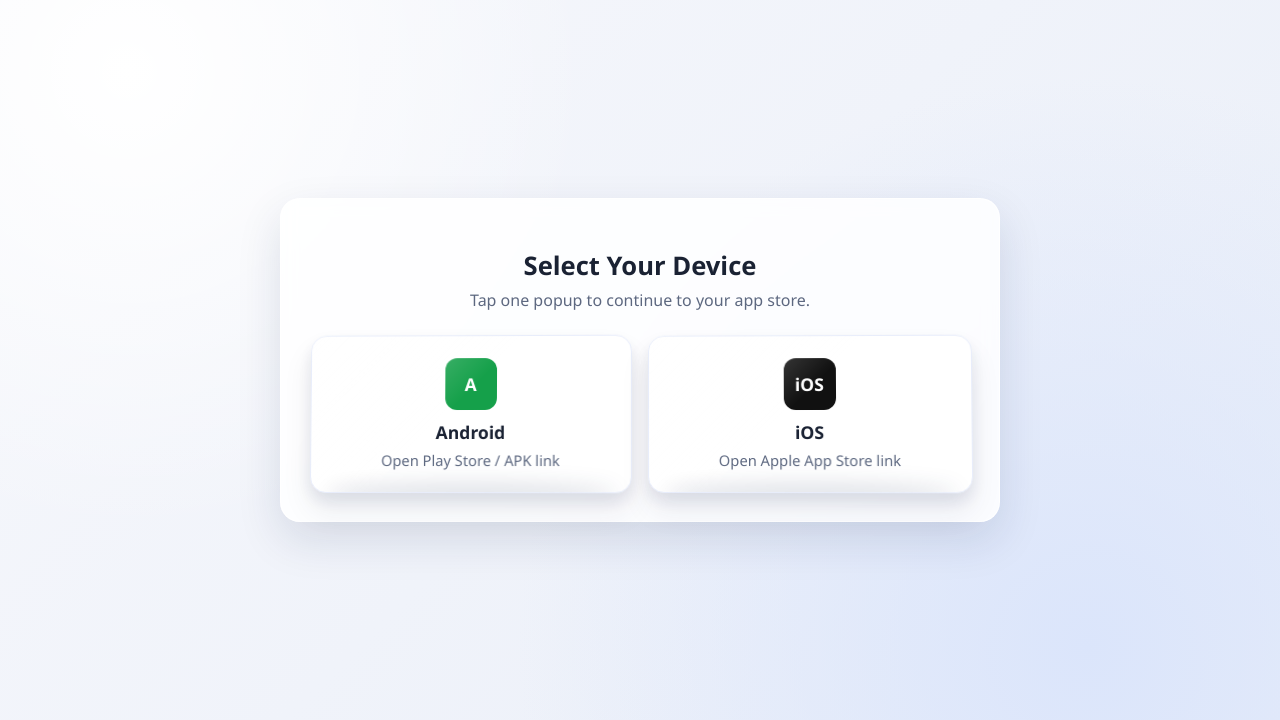
Repository: Niranjanmajgaonkar/redirection
Page: index.html
The author's editor kept a copy of each file at every save. The page is drawn from the files as they stood at one save, then again after the next save.
The browser window is 1280 px wide. The pictures show the whole page.

Above is the page before, as saved 2026-03-03 12:12:10.

### index.html
<!doctype html>
<html lang="en">
  <head>
    <meta charset="UTF-8" />
    <meta name="viewport" content="width=device-width, initial-scale=1.0" />
    <title>Choose Your App Store</title>
    <style>
      :root {
        --bg-1: #f7f8fc;
        --bg-2: #e9eef8;
        --text: #1a2233;
        --muted: #5d6880;
        --android: #15a04a;
        --ios: #111111;
        --card: #ffffff;
      }

      * {
        box-sizing: border-box;
      }

      body {
        margin: 0;
        min-height: 100vh;
        font-family: "Segoe UI", Tahoma, Geneva, Verdana, sans-serif;
        color: var(--text);
        background:
          radial-gradient(circle at 10% 10%, #ffffff 0%, transparent 35%),
          radial-gradient(circle at 85% 90%, #dbe5fb 0%, transparent 45%),
          linear-gradient(135deg, var(--bg-1), var(--bg-2));
      }

      .overlay {
        min-height: 100vh;
        width: 100%;
        display: grid;
        place-items: center;
        padding: 24px;
      }

      .modal {
        width: min(720px, 100%);
        background: rgba(255, 255, 255, 0.85);
        backdrop-filter: blur(8px);
        border: 1px solid rgba(255, 255, 255, 0.9);
        border-radius: 20px;
        padding: 28px;
        box-shadow: 0 18px 45px rgba(19, 36, 73, 0.12);
      }

      .heading {
        text-align: center;
        margin-bottom: 6px;
        font-size: clamp(1.4rem, 2vw, 2rem);
      }

      .subheading {
        text-align: center;
        margin: 0 0 24px;
        color: var(--muted);
      }

      .popup-grid {
        display: grid;
        grid-template-columns: repeat(2, minmax(220px, 1fr));
        gap: 16px;
        perspective: 1200px;
      }

      .popup-card {
        background: var(--card);
        border: 1px solid #e8edfb;
        border-radius: 16px;
        padding: 22px 16px;
        text-align: center;
        cursor: pointer;
        text-decoration: none;
        color: inherit;
        position: relative;
        transform-style: preserve-3d;
        transform: rotateX(2deg) rotateY(-2deg) translateZ(0);
        box-shadow:
          0 8px 16px rgba(19, 36, 73, 0.09),
          0 18px 30px rgba(19, 36, 73, 0.08),
          inset 0 1px 0 rgba(255, 255, 255, 0.7);
        transition: transform 0.28s ease, box-shadow 0.28s ease;
        overflow: hidden;
      }

      .popup-card:hover {
        transform: rotateX(0deg) rotateY(0deg) translateY(-6px) translateZ(22px);
        box-shadow:
          0 16px 26px rgba(19, 36, 73, 0.11),
          0 32px 42px rgba(19, 36, 73, 0.14),
          inset 0 1px 0 rgba(255, 255, 255, 0.8);
      }

      .popup-card::before {
        content: "";
        position: absolute;
        inset: 0;
        background: linear-gradient(
          135deg,
          rgba(255, 255, 255, 0.55) 0%,
          rgba(255, 255, 255, 0) 45%
        );
        pointer-events: none;
      }

      .popup-card::after {
        content: "";
        position: absolute;
        left: 14px;
        right: 14px;
        bottom: -14px;
        height: 24px;
        border-radius: 50%;
        background: rgba(17, 36, 79, 0.12);
        filter: blur(10px);
        transform: translateZ(-30px);
        z-index: -1;
      }

      .icon {
        width: 52px;
        height: 52px;
        border-radius: 12px;
        margin: 0 auto 10px;
        display: grid;
        place-items: center;
        font-weight: 700;
        color: #fff;
        font-size: 1.1rem;
      }

      .android .icon {
        background: var(--android);
      }

      .ios .icon {
        background: var(--ios);
      }

      .title {
        margin: 0 0 6px;
        font-size: 1.1rem;
      }

      .desc {
        margin: 0;
        color: var(--muted);
        font-size: 0.92rem;
      }

      @media (max-width: 640px) {
        .modal {
          padding: 22px 16px;
        }

        .popup-grid {
          grid-template-columns: 1fr;
        }
      }
    </style>
  </head>
  <body>
    <main class="overlay">
      <section class="modal" aria-label="Store selection popup">
        <h1 class="heading">Select Your Device</h1>
        <p class="subheading">Tap one popup to continue to your app store.</p>

        <div class="popup-grid">
          <a
            class="popup-card android"
            href="https://play.google.com/store/apps/details?id=com.swt.passilo"
            target="_blank"
            rel="noopener noreferrer"
            aria-label="Open Android app link"
          >
            <div class="icon">A</div>
            <h2 class="title">Android</h2>
            <p class="desc">Open Play Store / APK link</p>
          </a>

          <a
            class="popup-card ios"
            href="https://apps.apple.com/in/app/passilo/id6759452123"
            target="_blank"
            rel="noopener noreferrer"
            aria-label="Open iOS app link"
          >
            <div class="icon">iOS</div>
            <h2 class="title">iOS</h2>
            <p class="desc">Open Apple App Store link</p>
          </a>
        </div>
      </section>
    </main>
  </body>
</html>

After the next save:
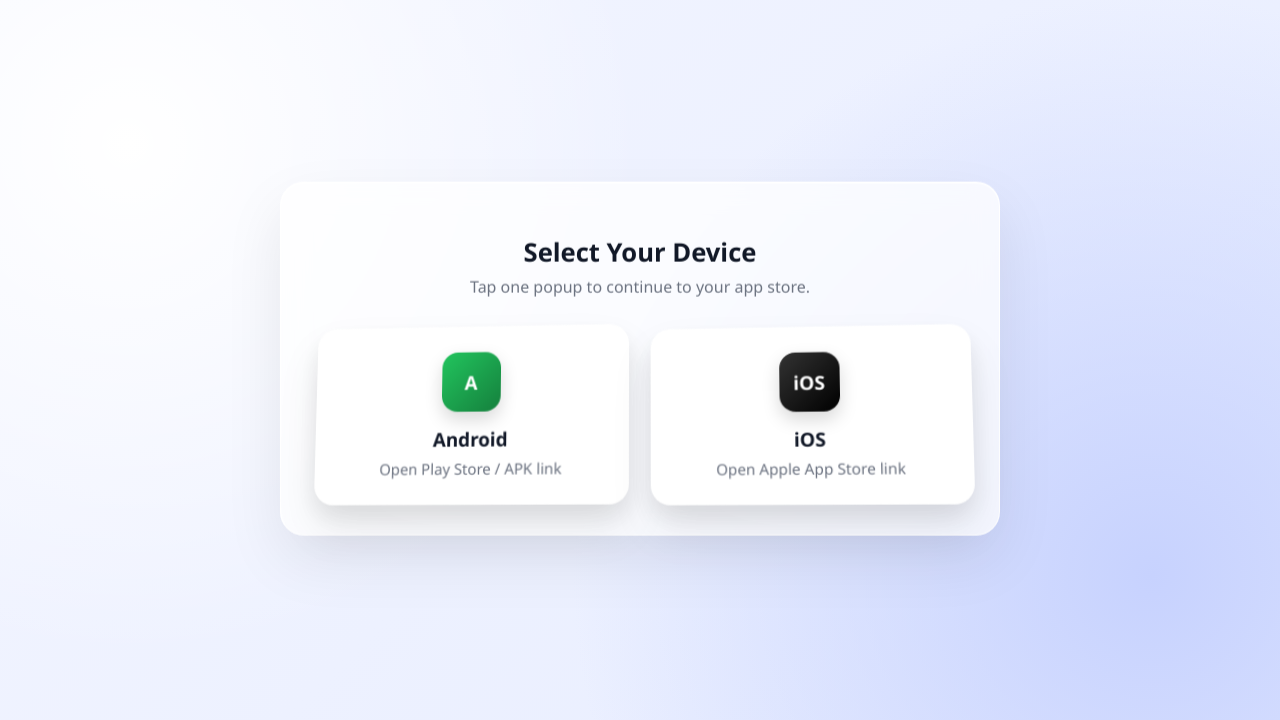
Saved 6 min 22 s later.
--- a/index.html
+++ b/index.html
@@ -4,14 +4,15 @@
     <meta charset="UTF-8" />
     <meta name="viewport" content="width=device-width, initial-scale=1.0" />
     <title>Choose Your App Store</title>
+
     <style>
       :root {
-        --bg-1: #f7f8fc;
-        --bg-2: #e9eef8;
-        --text: #1a2233;
-        --muted: #5d6880;
-        --android: #15a04a;
-        --ios: #111111;
+        --bg-1: #f4f6ff;
+        --bg-2: #e6ecff;
+        --text: #111827;
+        --muted: #6b7280;
+        --android: #16a34a;
+        --ios: #000000;
         --card: #ffffff;
       }
 
@@ -25,144 +26,151 @@
         font-family: "Segoe UI", Tahoma, Geneva, Verdana, sans-serif;
         color: var(--text);
         background:
-          radial-gradient(circle at 10% 10%, #ffffff 0%, transparent 35%),
-          radial-gradient(circle at 85% 90%, #dbe5fb 0%, transparent 45%),
+          radial-gradient(circle at 10% 20%, #ffffff 0%, transparent 40%),
+          radial-gradient(circle at 90% 80%, #c7d2fe 0%, transparent 45%),
           linear-gradient(135deg, var(--bg-1), var(--bg-2));
+        display: flex;
+        align-items: center;
+        justify-content: center;
       }
 
       .overlay {
-        min-height: 100vh;
         width: 100%;
-        display: grid;
-        place-items: center;
         padding: 24px;
       }
 
       .modal {
         width: min(720px, 100%);
-        background: rgba(255, 255, 255, 0.85);
-        backdrop-filter: blur(8px);
+        margin: auto;
+        background: rgba(255, 255, 255, 0.75);
+        backdrop-filter: blur(14px);
         border: 1px solid rgba(255, 255, 255, 0.9);
-        border-radius: 20px;
-        padding: 28px;
-        box-shadow: 0 18px 45px rgba(19, 36, 73, 0.12);
+        border-radius: 24px;
+        padding: 30px;
+        box-shadow:
+          0 25px 60px rgba(0, 0, 0, 0.08),
+          inset 0 1px 0 rgba(255, 255, 255, 0.8);
+        animation: floatCard 6s ease-in-out infinite;
+      }
+
+      @keyframes floatCard {
+        0%,100% { transform: translateY(0px); }
+        50% { transform: translateY(-6px); }
       }
 
       .heading {
         text-align: center;
         margin-bottom: 6px;
-        font-size: clamp(1.4rem, 2vw, 2rem);
+        font-size: clamp(1.6rem, 2vw, 2.2rem);
+        font-weight: 700;
       }
 
       .subheading {
         text-align: center;
-        margin: 0 0 24px;
+        margin: 0 0 28px;
         color: var(--muted);
       }
 
       .popup-grid {
         display: grid;
         grid-template-columns: repeat(2, minmax(220px, 1fr));
-        gap: 16px;
+        gap: 20px;
         perspective: 1200px;
       }
 
       .popup-card {
         background: var(--card);
-        border: 1px solid #e8edfb;
-        border-radius: 16px;
-        padding: 22px 16px;
+        border-radius: 20px;
+        padding: 26px 18px;
         text-align: center;
         cursor: pointer;
         text-decoration: none;
         color: inherit;
         position: relative;
         transform-style: preserve-3d;
-        transform: rotateX(2deg) rotateY(-2deg) translateZ(0);
-        box-shadow:
-          0 8px 16px rgba(19, 36, 73, 0.09),
-          0 18px 30px rgba(19, 36, 73, 0.08),
-          inset 0 1px 0 rgba(255, 255, 255, 0.7);
-        transition: transform 0.28s ease, box-shadow 0.28s ease;
+        transform: rotateX(6deg) rotateY(-6deg);
+        box-shadow:
+          0 12px 25px rgba(0, 0, 0, 0.08),
+          0 25px 45px rgba(0, 0, 0, 0.08);
+        transition: all 0.35s cubic-bezier(.17,.67,.38,1.4);
         overflow: hidden;
       }
 
+      /* Hover effect (Desktop) */
       .popup-card:hover {
-        transform: rotateX(0deg) rotateY(0deg) translateY(-6px) translateZ(22px);
-        box-shadow:
-          0 16px 26px rgba(19, 36, 73, 0.11),
-          0 32px 42px rgba(19, 36, 73, 0.14),
-          inset 0 1px 0 rgba(255, 255, 255, 0.8);
-      }
-
+        transform: rotateX(0deg) rotateY(0deg) translateY(-10px) scale(1.03);
+        box-shadow:
+          0 18px 35px rgba(0, 0, 0, 0.12),
+          0 35px 60px rgba(0, 0, 0, 0.15);
+      }
+
+      /* Click animation (Mobile + Desktop press) */
+      .popup-card:active {
+        transform: scale(0.96);
+        box-shadow:
+          0 6px 12px rgba(0, 0, 0, 0.15) inset;
+      }
+
+      /* Glow animation */
       .popup-card::before {
         content: "";
         position: absolute;
         inset: 0;
         background: linear-gradient(
-          135deg,
-          rgba(255, 255, 255, 0.55) 0%,
-          rgba(255, 255, 255, 0) 45%
+          120deg,
+          transparent 20%,
+          rgba(255,255,255,0.6),
+          transparent 80%
         );
-        pointer-events: none;
-      }
-
-      .popup-card::after {
-        content: "";
-        position: absolute;
-        left: 14px;
-        right: 14px;
-        bottom: -14px;
-        height: 24px;
-        border-radius: 50%;
-        background: rgba(17, 36, 79, 0.12);
-        filter: blur(10px);
-        transform: translateZ(-30px);
-        z-index: -1;
+        transform: translateX(-100%);
+        transition: 0.6s;
+      }
+
+      .popup-card:hover::before {
+        transform: translateX(100%);
       }
 
       .icon {
-        width: 52px;
-        height: 52px;
-        border-radius: 12px;
-        margin: 0 auto 10px;
+        width: 60px;
+        height: 60px;
+        border-radius: 16px;
+        margin: 0 auto 14px;
         display: grid;
         place-items: center;
         font-weight: 700;
         color: #fff;
-        font-size: 1.1rem;
+        font-size: 1.2rem;
+        box-shadow: 0 8px 18px rgba(0,0,0,0.15);
       }
 
       .android .icon {
-        background: var(--android);
+        background: linear-gradient(135deg, #22c55e, #15803d);
       }
 
       .ios .icon {
-        background: var(--ios);
+        background: linear-gradient(135deg, #333, #000);
       }
 
       .title {
         margin: 0 0 6px;
-        font-size: 1.1rem;
+        font-size: 1.2rem;
+        font-weight: 600;
       }
 
       .desc {
         margin: 0;
         color: var(--muted);
-        font-size: 0.92rem;
+        font-size: 0.95rem;
       }
 
       @media (max-width: 640px) {
-        .modal {
-          padding: 22px 16px;
-        }
-
         .popup-grid {
           grid-template-columns: 1fr;
         }
       }
     </style>
   </head>
+
   <body>
     <main class="overlay">
       <section class="modal" aria-label="Store selection popup">
@@ -175,7 +183,6 @@
             href="https://play.google.com/store/apps/details?id=com.swt.passilo"
             target="_blank"
             rel="noopener noreferrer"
-            aria-label="Open Android app link"
           >
             <div class="icon">A</div>
             <h2 class="title">Android</h2>
@@ -187,7 +194,6 @@
             href="https://apps.apple.com/in/app/passilo/id6759452123"
             target="_blank"
             rel="noopener noreferrer"
-            aria-label="Open iOS app link"
           >
             <div class="icon">iOS</div>
             <h2 class="title">iOS</h2>
